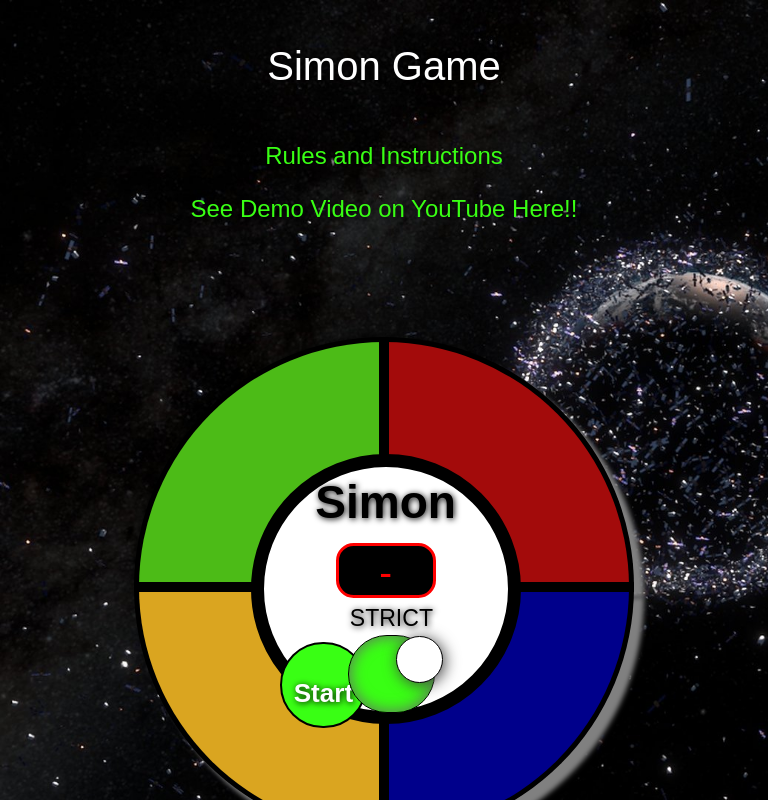
Repository: cgaynor91/Simon-Memory-Game
Page: index.html
The author's editor kept a record of every edit. The page is drawn from the files as they stood at one moment, then again after the next edit.
The browser window is 768 px wide. The pictures show the whole page.
An inner scrolling area shows only its first screen. Some web fonts or font styles are not loaded; a fallback is used.

Above is the page before.

After the next edit:
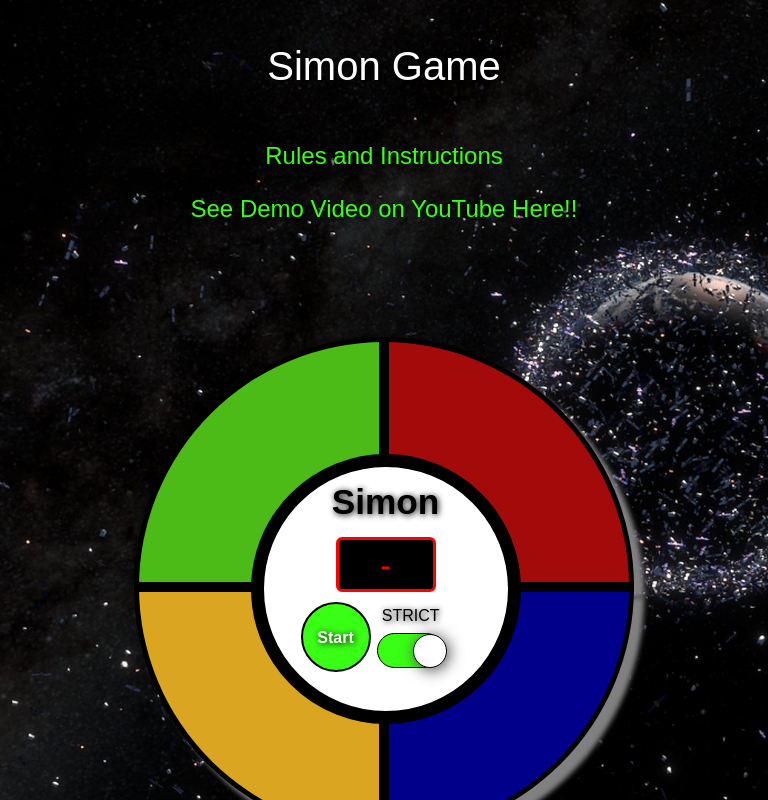
The edit:
--- a/assets/css/style.css
+++ b/assets/css/style.css
@@ -351,7 +351,7 @@
 }
 
 
-@media only screen and (max-width : 992px) {
+/*@media only screen and (max-width : 992px) {
   .label {
     font-size: 6vw;
   }
